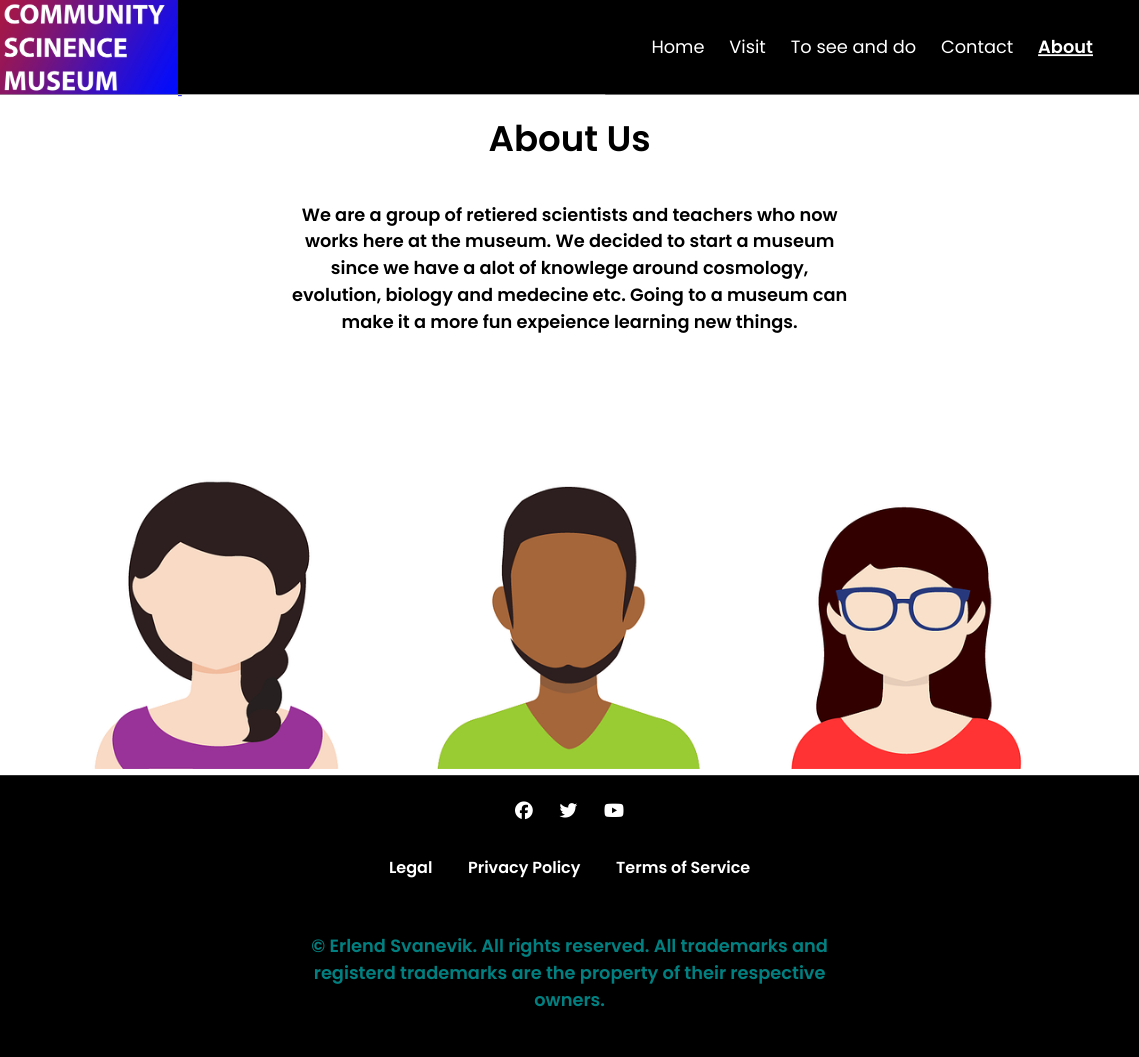
Repository: EpleWasTaken/Semester-Project
Page: about.html
The author's editor kept a copy of each file at every save. The page is drawn from the files as they stood at one save, then again after the next save.
The browser window is 1280 px wide. The pictures show the whole page, at 89% of full size.
Some web libraries are served in a nearby version.

Above is the page before, as saved 2020-12-12 13:24:05.

### about.html
<!DOCTYPE html>
<html lang="en">
<head>
    <meta charset="UTF-8">
    <meta name="viewport" content="width=device-width, initial-scale=1.0">
    <meta name="keywords" content="museum, science museum, community museum">
    <meta name="author" content="Erlend Molvik Svanevik">
    <title>CMS About</title>

    <link rel="preconnect" href="https://fonts.gstatic.com">
    <link href="https://fonts.googleapis.com/css2?family=Poppins:ital,wght@0,100;0,200;0,300;0,400;0,500;0,600;1,100;1,200;1,300;1,400;1,500;1,600&display=swap" rel="stylesheet">
    <link rel="stylesheet" href="./css/styles.css">
    <link rel="stylesheet" href="./css/footer.css">
    <link rel="stylesheet" href="/css/hamburger.css">
    <script src="https://kit.fontawesome.com/cafca22d75.js" crossorigin="anonymous"></script>
</head>


<!--NAVIGAION, LOGO AND SEARCH BAR-->


<body>
    <header>
        <a href="index.html" aria-label="Go to frontpage">
            <img src="/Images/CommunityScienceMuseum.jpg" class="logo" alt="Community Science Museum logo">
        </a>
        <label class="hamburger-label" for="hamburger-menu" aria-label="Hamburger menu for navigation"><i class="fas fa-bars fa-2x"></i></label>
        <input type="checkbox" id="hamburger-menu">
        <nav>
            <ul class="nav">
                <li><a href="index.html" aria-label="Go to home page">Home</a></li>
                <li><a href="visit.html" aria-label="Go to the visit page">Visit</a></li>
                <li><a href="to-see-and-do.html" aria-label="Go to: To see and do">To see and do</a></li>
                <li><a href="contact.html" aria-label="Go to the contact page">Contact</a></li>
                <li><a href="about.html" aria-label="Go to the about page" class="active">About</a></li>
            </ul>
        </nav>
    </header>


<!--CONTENT-->


<main>
    <div class="about-container">
        <div class="about-page">
            <h2>About Us</h2>
            <p>We are a group of retiered scientists and teachers who now works here at the museum.
            We decided to start a museum since we have a alot of knowlege around cosmology, evolution, biology and medecine etc.
            Going to a museum can make it a more fun expeience learning new things.</p>
        </div>
    </div>
    <img src="./Images/Avatar2.png">
</main>


<!--FOOTER, TOS/LEGAL/PRIVACY-POLICY AND SOCIALS-->


    <footer class="footer">
        <div class="footer-container">
            <ul class="footer-social">
                <li>
                    <a href="#0" class="facebook"><i class="fab fa-facebook"></i></a>
                </li>
                <li>
                    <a href="#0" class="twitter"><i class="fab fa-twitter"></i></a>
                </li>
                <li>
                    <a href="#0" class="youtube"><i class="fab fa-youtube"></i></a>
                </li>
            </ul>
        </div>
        <div class="footer-container">
            <div class="footer-legal">
                <a href="#0">Legal</a>
                <a href="#0">Privacy Policy</a>
                <a href="#0">Terms of Service</a>
            </div>
            <div class="footer-copyright">
                <p>&copy; Erlend Svanevik. All rights reserved. All trademarks and registerd trademarks are the property of
                   their respective owners.
                </p>
            </div>
        </div>
    </footer>
</body>
</html>

### css/styles.css
* {
	margin: 0px;
	padding: 0px;
	box-sizing: border-box;
}

body {
	font-family: 'poppins', sans-serif;
	background: white;
}

nav {
	background-color: black;
}

header {
	background: black;
	height: 53.13px;
}

.logo {
	max-width: 100px;
}

a.fas.fa-phone,
a.fas.fa-envelope {
	display: flex;
	justify-content: center;
	align-items: center;
	font-size: 30px;
}

.contact-form {
	display: flex;
	flex-direction: column;
	justify-content: center;
	align-items: center;
	margin: auto;
}

.email {
	display: flex;
}

/* NAVIGATION/HAMBURGER MENU/CLICKEBLE
-------------------------------------------*/

/*PICTURES
-----------------------------------------------*/

.homepic,
.space,
.mammoth,
.people,
.science,
.ant {
	width: auto;
	max-width: 100%;
	height: auto;
	margin-bottom: 3vh;
}

/*TEXT/FONT/TEXT ALIGNMENY
--------------------------------------------------*/

h1 {
	display: flex;
	align-items: center;
	justify-content: center;
	margin-left: auto;
	margin-right: auto;
	font-weight: 600;
	font-size: 30px;
	margin: 40px;
	text-align: center;
}

h2 {
	display: flex;
	align-items: center;
	justify-content: center;
	margin-left: auto;
	margin-right: auto;
	font-weight: 600;
	font-size: 25px;
	margin: 40px;
	text-align: center;
}

h3 {
	display: flex;
	align-items: center;
	justify-content: center;
	font-weight: 600;
	font-size: 20px;
	margin: 40px;
	text-align: center;
}

p {
	display: flex;
	align-items: center;
	justify-content: center;
	font-weight: 600;
	font-size: 15px;
	margin: 40px;
	max-width: 70%;
	margin-left: auto;
	margin-right: auto;
	text-align: center;
}

.open-hours p {
	margin: 20px;
	margin-left: auto;
	margin-right: auto;
	align-items: center;
	justify-content: center;
	text-align: center;
}

.contact-container {
	display: flex;
	flex-direction: row;
	align-items: center;
}

.mail {
	display: flex;
	justify-content: center;
	align-items: center;
}

@media screen and (min-width: 1024px) {
	body {
		font-family: 'poppins', sans-serif;
		font-weight: 400;
	}

	header {
		height: 106.25px;
	}

	.logo {
		max-width: 200px;
	}

	.homepic {
		display: flex;
		flex-direction: column;
		justify-content: center;
		align-items: center;
		max-width: 1664px;
		margin-left: auto;
		margin-right: auto;
	}

	h1,
	h2,
	h3,
	p {
		display: flex;
		align-items: center;
		justify-content: center;
	}

	h1 {
		font-size: 60px;
		margin: 40px;
	}

	h2 {
		font-size: 40px;
		margin: 20px;
	}

	h3 {
		font-size: 30px;
		margin: 15px;
	}

	p {
		font-size: 20px;
		margin: 40px;
		max-width: 50%;
		margin-left: auto;
		margin-right: auto;
	}

	.space,
	.mammoth,
	.people,
	.science,
	.ant {
		display: flex;
		left: 0;
		right: 0;
		max-width: 800px;
		justify-content: center;
		align-items: center;
		margin: auto;
		padding: 4vh;
	}
}

### css/footer.css
/* FOOTER */

* {
	padding: 0;
	margin: 0;
	box-sizing: border-box;
}

footer {
	display: flex;
	flex-direction: column;
	justify-content: center;
	align-items: center;
	background-color: black;
	font-family: 'Poppins', sans-serif;
	font-weight: 600;
	padding: 10px;
}

.footer-container {
	display: flex;
	flex-direction: column;
	justify-content: center;
	align-items: center;
}

.footer-social {
	font-size: 35px;
}

.footer-social li a {
	color: white;
}

.footer-legal {
	display: flex;
	flex-direction: column;
	text-decoration: none;
	align-items: center;
	justify-content: center;
	font-size: 20px;
}

.footer-legal a {
	display: flex;
	text-decoration: none;
	flex-direction: row;
	padding: 15px;
}

.footer-social li a.facebook:hover {
	color: #3b5998;
}

.footer-social li a.twitter:hover {
	color: #00acee;
}

.footer-social li a.youtube:hover {
	color: #c4302b;
}

.footer-legal a {
	color: white;
}

.footer-legal a:hover {
	color: #008080;
}

.footer-copyright {
	display: flex;
	flex-direction: column;
	text-decoration: none;
	justify-content: center;
	align-items: center;
	text-align: center;
	font-size: 14px;
	color: #008080;
}

ul {
	list-style: none;
}

@media screen and (min-width: 1024px) {
	.footer-legal {
		display: flex;
		flex-direction: row;
		justify-content: center;
		align-items: center;
		font-size: 18px;
	}

	.footer-legal a {
		display: flex;
		flex-direction: row;
		justify-content: center;
		align-items: center;
		padding: 20px;
	}

	.footer-social {
		display: flex;
		flex-direction: row;
		justify-content: center;
		align-items: center;
		text-decoration: none;
	}

	.footer-container {
		text-decoration: none;
	}

	.footer-social li {
		display: flex;
		flex-direction: row;
		text-decoration: none;
		margin: 15px;
	}
}

### css/hamburger.css
* {
	margin: 0px;
	padding: 0px;
	box-sizing: border-box;
}

nav,
#hamburger-menu {
	display: none;
	z-index: 1;
}

nav ul {
	padding: 0px;
}

nav li {
	display: block;
}

ul a {
	margin: 40px;
	font-size: 20px;
}

nav a {
	text-decoration: none;
	color: white;
	display: block;
	justify-content: center;
	align-items: center;
	width: 100;xpx;
}

.nav {
	display: block;
	position: absolute;
	justify-content: space-between;
	right: 0;
	width: 50%;
	background-color: black;
	text-align: center;
	top: 0;
}

.hamburger-label {
	color: #fff;
	padding: 10px;
	font: 1.5em;
	display: block;
	position: absolute;
	right: 0;
	top: 0px;
	z-index: 1;
}

.active {
	font-weight: 600;
	text-decoration: underline;
}

#hamburger-menu:checked ~ nav {
	display: flex;
}

@media screen and (min-width: 1024px) {
	nav {
		display: inline-block;
	}

	.active {
		font-weight: 600;
		text-decoration: underline;
	}

	.hamburger-label {
		display: none;
	}

	nav ul {
		padding: 0px;
		color: #fff;
		font: 1.5em;
		display: flex;
		position: absolute;
		right: 0;
		top: 0px;
		min-width: 600px;
		align-items: center;
		padding: 38px;
	}

	nav li {
		display: block;
	}

	nav a {
		text-decoration: none;
		color: white;
		display: block;
	}

	.nav {
		display: flex;
		justify-content: space-around;
		text-decoration: none;
		background-color: black;
		height: auto;
		width: auto;
		margin: auto;
	}

	ul a {
		margin: auto;
	}
}

After the next save:
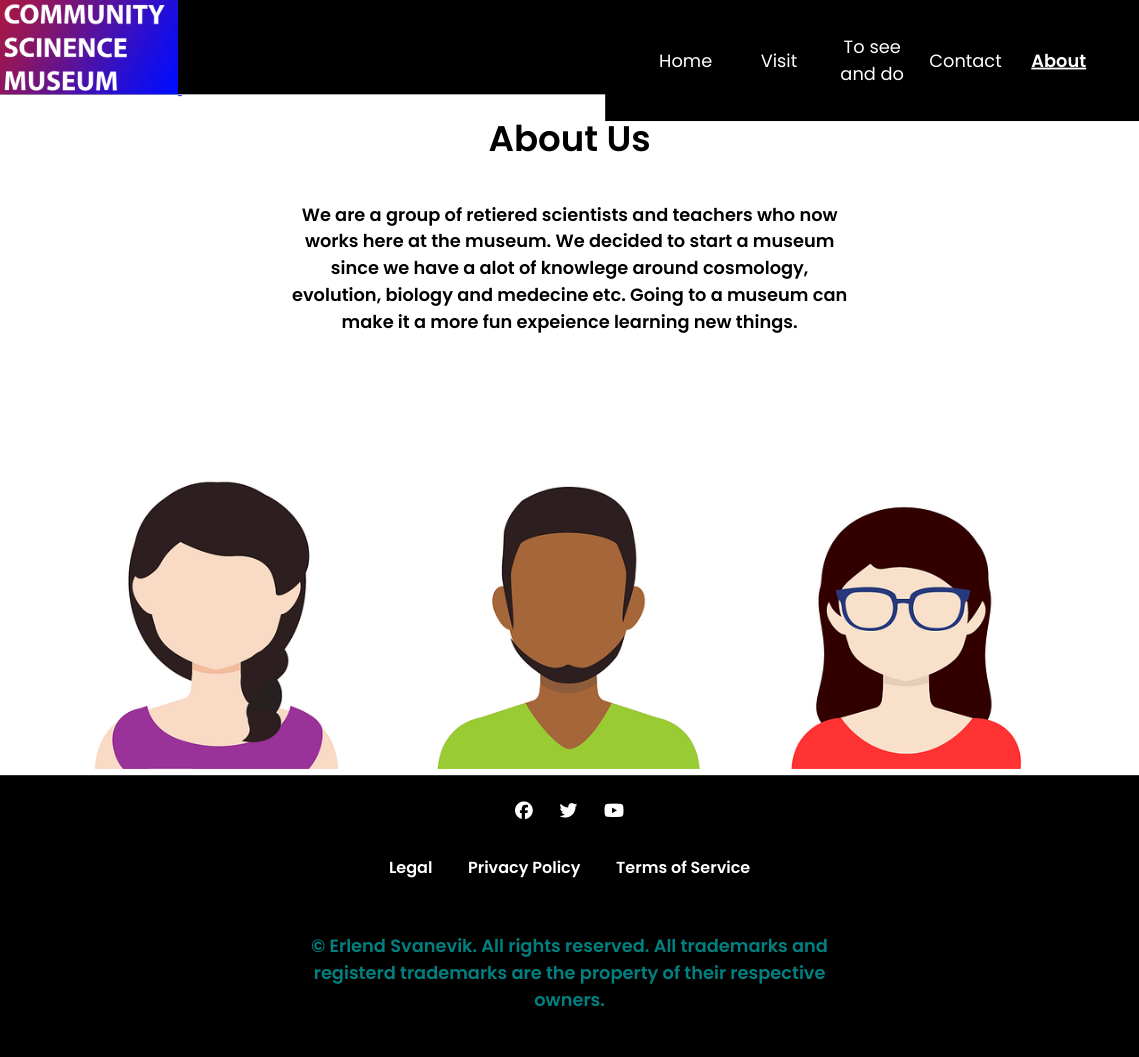
Saved 4 s later.
--- a/css/hamburger.css
+++ b/css/hamburger.css
@@ -29,7 +29,7 @@ nav a {
 	display: block;
 	justify-content: center;
 	align-items: center;
-	width: 100;xpx;
+	width: 100px;
 }
 
 .nav {
